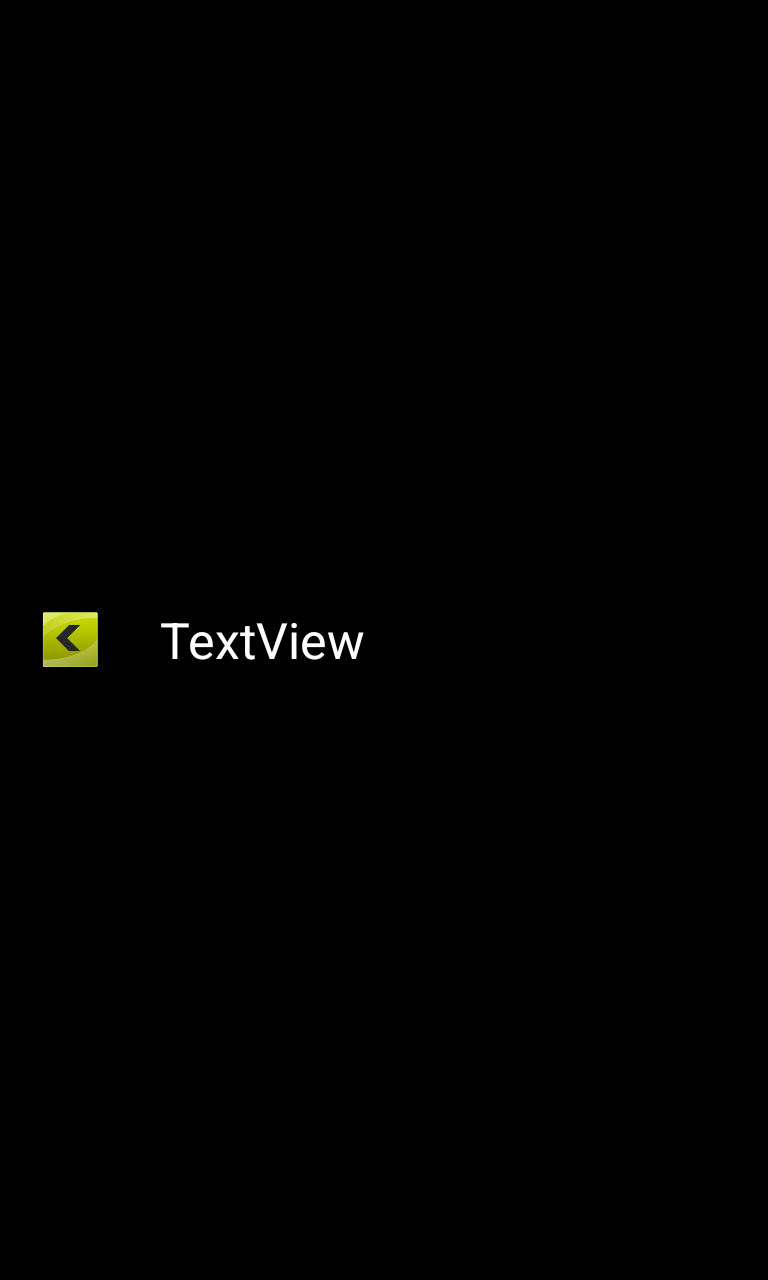
Repository: jeissie/MakeMoney
Layout: MakeMoney/res/layout/frame_left_menu_item.xml
These files come from the project's save history. The layout is drawn as it stood at one moment and after the next save; the edit follows.
It is drawn on a 768 x 1280 px phone screen (xhdpi) without system bars, with theme AppTheme; the app's code is not run.

Above is the layout before, as saved 2014-01-03 15:35:04.

After the next save:
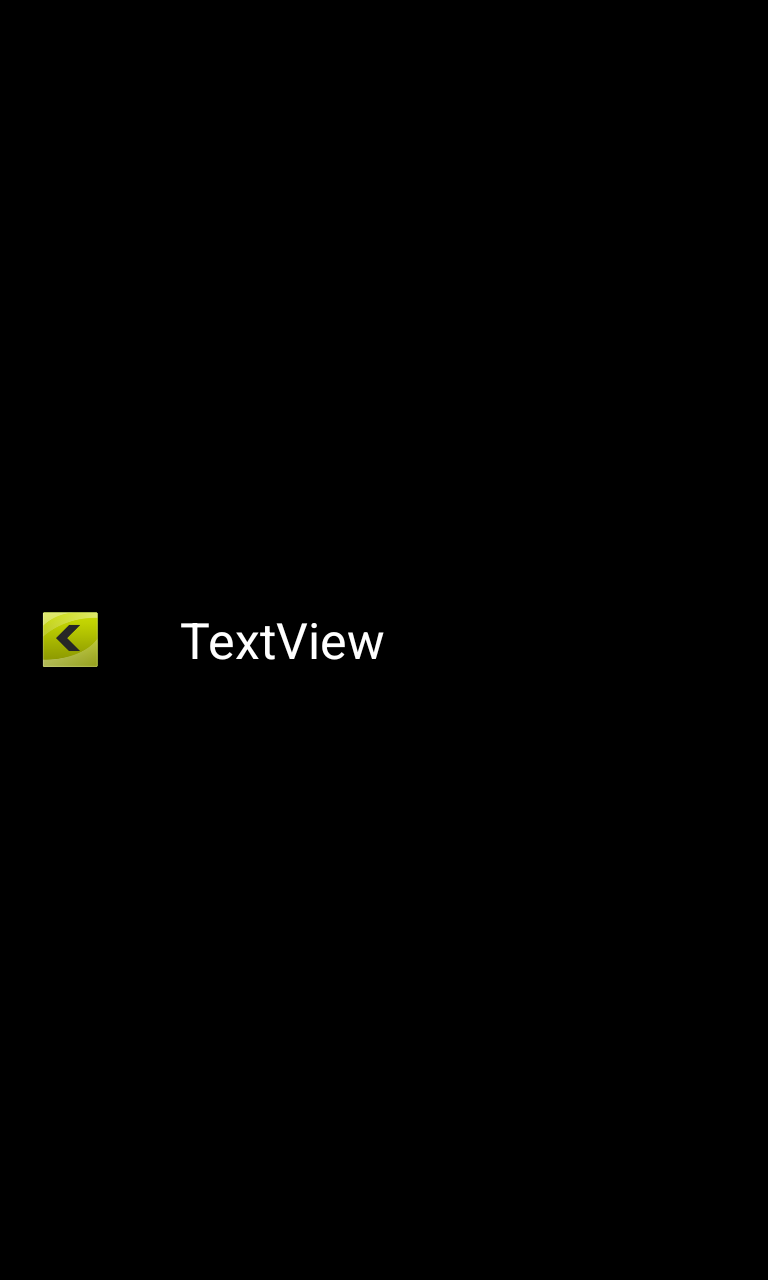
Saved 5 s later.
--- a/MakeMoney/res/layout/frame_left_menu_item.xml
+++ b/MakeMoney/res/layout/frame_left_menu_item.xml
@@ -24,6 +24,7 @@
         android:layout_toRightOf="@+id/image"
         android:text="TextView"
         android:textSize="25sp"
-        android:textColor="#fff" />
+        android:textColor="#fff"
+        android:layout_margin="20dp"/>
 
 </RelativeLayout>
